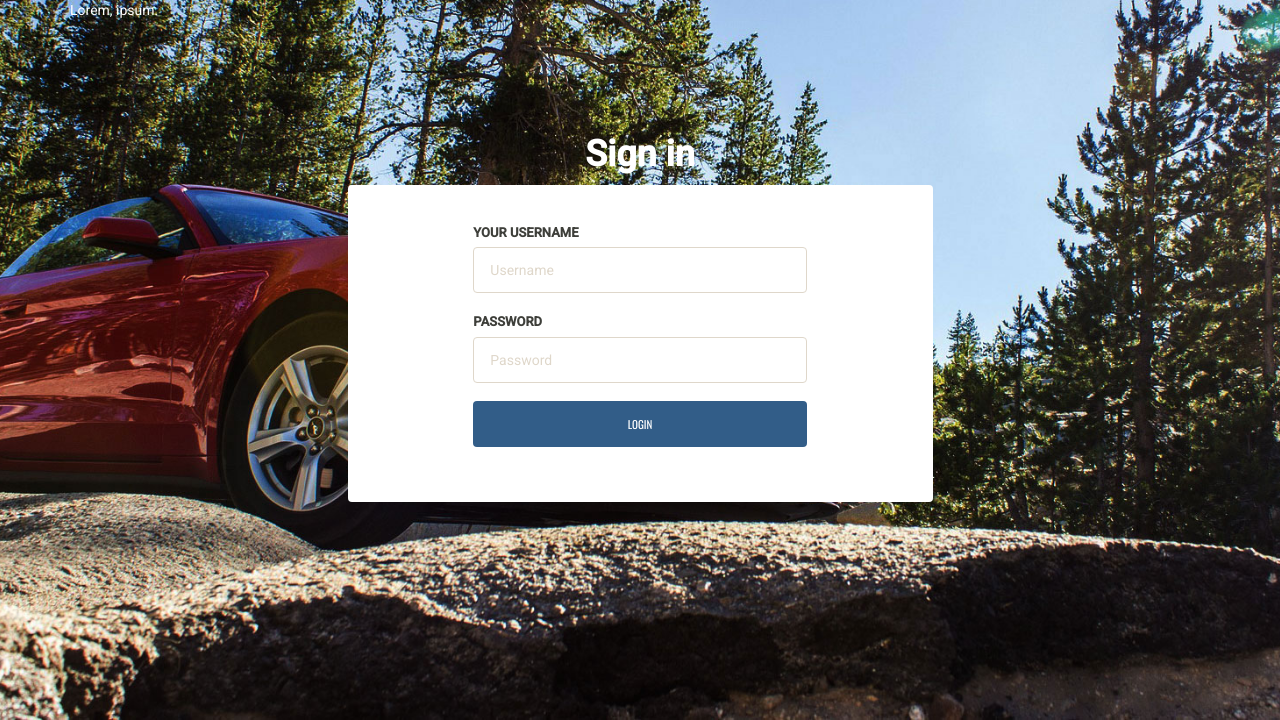
Repository: vincent254-hub/OCHMIS
Page: http://localhost/admin/
The author's editor kept a copy of each file at every save. The page is drawn from the files as they stood at one save, then again after the next save.
The browser window is 1280 px wide. The pictures show the whole page.
The page is run by PHP 8.4 with error messages shown; the project is at /var/www/html/.

Above is the page before, as saved 2024-04-24 18:26:11.

### admin/index.php
<?php
session_start();
include('includes/config.php');
if(isset($_POST['login']))
{
$email=$_POST['username'];
$password=md5($_POST['password']);
$sql ="SELECT UserName,Password FROM admin WHERE UserName=:email and Password=:password";
$query= $dbh -> prepare($sql);
$query-> bindParam(':email', $email, PDO::PARAM_STR);
$query-> bindParam(':password', $password, PDO::PARAM_STR);
$query-> execute();
$results=$query->fetchAll(PDO::FETCH_OBJ);
if($query->rowCount() > 0)
{
$_SESSION['alogin']=$_POST['username'];
echo "<script type='text/javascript'> document.location = 'dashboard.php'; </script>";
} else{

  echo "<script>alert('Invalid Credentials provided! Please try again');</script>";

}

}

?>
<!doctype html>
<html lang="en" class="no-js">

<head>
	<meta charset="UTF-8">
	<meta http-equiv="X-UA-Compatible" content="IE=edge">
	<meta name="viewport" content="width=device-width, initial-scale=1, minimum-scale=1, maximum-scale=1">
	<meta name="description" content="">
	<meta name="author" content="">

	<title>OCHMIS | Admin Login</title>
	<link rel="stylesheet" href="css/font-awesome.min.css">
	<link rel="stylesheet" href="css/bootstrap.min.css">
	<link rel="stylesheet" href="css/dataTables.bootstrap.min.css">
	<link rel="stylesheet" href="css/bootstrap-social.css">
	<link rel="stylesheet" href="css/bootstrap-select.css">
	<link rel="stylesheet" href="css/fileinput.min.css">
	<link rel="stylesheet" href="css/awesome-bootstrap-checkbox.css">
	<link rel="stylesheet" href="css/style.css">
</head>

<body>

	<div class="login-page bk-img" style="background-image: url(img/adminlogin.jpg);">
		<div class="form-content">
			<div class="container">
				<div class="row">
					<div class="col-md-6">
						<p class="text-light">Lorem, ipsum.</p>
					</div>
					<div class="col-md-6 col-md-offset-3">
						<h1 class="text-center text-bold text-light mt-4x">Sign in</h1>
						<div class="well row pt-2x pb-3x bk-light">
							<div class="col-md-8 col-md-offset-2">
								<form method="post">

									<label for="" class="text-uppercase text-sm">Your Username </label>
									<input type="text" placeholder="Username" name="username" class="form-control mb">

									<label for="" class="text-uppercase text-sm">Password</label>
									<input type="password" placeholder="Password" name="password" class="form-control mb">



									<button class="btn btn-primary btn-block" name="login" type="submit">LOGIN</button>

								</form>
							</div>
						</div>
					</div>
				</div>
			</div>
		</div>
	</div>

	<!-- Loading Scripts -->
	<script src="js/jquery.min.js"></script>
	<script src="js/bootstrap-select.min.js"></script>
	<script src="js/bootstrap.min.js"></script>
	<script src="js/jquery.dataTables.min.js"></script>
	<script src="js/dataTables.bootstrap.min.js"></script>
	<script src="js/Chart.min.js"></script>
	<script src="js/fileinput.js"></script>
	<script src="js/chartData.js"></script>
	<script src="js/main.js"></script>

</body>

</html>

### admin/css/awesome-bootstrap-checkbox.css
.checkbox {
  padding-left: 20px;
}
.checkbox label {
  display: inline-block;
  vertical-align: middle;
  position: relative;
  padding-left: 5px;
}
.checkbox label::before {
  content: "";
  display: inline-block;
  position: absolute;
  width: 17px;
  height: 17px;
  left: 0;
  margin-left: -20px;
  border: 1px solid #cccccc;
  border-radius: 3px;
  background-color: #fff;
  -webkit-transition: border 0.15s ease-in-out, color 0.15s ease-in-out;
  -o-transition: border 0.15s ease-in-out, color 0.15s ease-in-out;
  transition: border 0.15s ease-in-out, color 0.15s ease-in-out;
}
.checkbox label::after {
  display: inline-block;
  position: absolute;
  width: 16px;
  height: 16px;
  left: 0;
  top: 0;
  margin-left: -20px;
  padding-left: 3px;
  padding-top: 1px;
  font-size: 11px;
  color: #555555;
}
.checkbox input[type="checkbox"],
.checkbox input[type="radio"] {
  opacity: 0;
  z-index: 1;
}
.checkbox input[type="checkbox"]:focus + label::before,
.checkbox input[type="radio"]:focus + label::before {
  outline: thin dotted;
  outline: 5px auto -webkit-focus-ring-color;
  outline-offset: -2px;
}
.checkbox input[type="checkbox"]:checked + label::after,
.checkbox input[type="radio"]:checked + label::after {
  font-family: "FontAwesome";
  content: "\f00c";
}
.checkbox input[type="checkbox"]:disabled + label,
.checkbox input[type="radio"]:disabled + label {
  opacity: 0.65;
}
.checkbox input[type="checkbox"]:disabled + label::before,
.checkbox input[type="radio"]:disabled + label::before {
  background-color: #eeeeee;
  cursor: not-allowed;
}
.checkbox.checkbox-circle label::before {
  border-radius: 50%;
}
.checkbox.checkbox-inline {
  margin-top: 0;
}

.checkbox-primary input[type="checkbox"]:checked + label::before,
.checkbox-primary input[type="radio"]:checked + label::before {
  background-color: #337ab7;
  border-color: #337ab7;
}
.checkbox-primary input[type="checkbox"]:checked + label::after,
.checkbox-primary input[type="radio"]:checked + label::after {
  color: #fff;
}

.checkbox-danger input[type="checkbox"]:checked + label::before,
.checkbox-danger input[type="radio"]:checked + label::before {
  background-color: #d9534f;
  border-color: #d9534f;
}
.checkbox-danger input[type="checkbox"]:checked + label::after,
.checkbox-danger input[type="radio"]:checked + label::after {
  color: #fff;
}

.checkbox-info input[type="checkbox"]:checked + label::before,
.checkbox-info input[type="radio"]:checked + label::before {
  background-color: #5bc0de;
  border-color: #5bc0de;
}
.checkbox-info input[type="checkbox"]:checked + label::after,
.checkbox-info input[type="radio"]:checked + label::after {
  color: #fff;
}

.checkbox-warning input[type="checkbox"]:checked + label::before,
.checkbox-warning input[type="radio"]:checked + label::before {
  background-color: #f0ad4e;
  border-color: #f0ad4e;
}
.checkbox-warning input[type="checkbox"]:checked + label::after,
.checkbox-warning input[type="radio"]:checked + label::after {
  color: #fff;
}

.checkbox-success input[type="checkbox"]:checked + label::before,
.checkbox-success input[type="radio"]:checked + label::before {
  background-color: #5cb85c;
  border-color: #5cb85c;
}
.checkbox-success input[type="checkbox"]:checked + label::after,
.checkbox-success input[type="radio"]:checked + label::after {
  color: #fff;
}

.radio {
  padding-left: 20px;
}
.radio label {
  display: inline-block;
  vertical-align: middle;
  position: relative;
  padding-left: 5px;
}
.radio label::before {
  content: "";
  display: inline-block;
  position: absolute;
  width: 17px;
  height: 17px;
  left: 0;
  margin-left: -20px;
  border: 1px solid #cccccc;
  border-radius: 50%;
  background-color: #fff;
  -webkit-transition: border 0.15s ease-in-out;
  -o-transition: border 0.15s ease-in-out;
  transition: border 0.15s ease-in-out;
}
.radio label::after {
  display: inline-block;
  position: absolute;
  content: " ";
  width: 11px;
  height: 11px;
  left: 3px;
  top: 3px;
  margin-left: -20px;
  border-radius: 50%;
  background-color: #555555;
  -webkit-transform: scale(0, 0);
  -ms-transform: scale(0, 0);
  -o-transform: scale(0, 0);
  transform: scale(0, 0);
  -webkit-transition: -webkit-transform 0.1s cubic-bezier(0.8, -0.33, 0.2, 1.33);
  -moz-transition: -moz-transform 0.1s cubic-bezier(0.8, -0.33, 0.2, 1.33);
  -o-transition: -o-transform 0.1s cubic-bezier(0.8, -0.33, 0.2, 1.33);
  transition: transform 0.1s cubic-bezier(0.8, -0.33, 0.2, 1.33);
}
.radio input[type="radio"] {
  opacity: 0;
  z-index: 1;
}
.radio input[type="radio"]:focus + label::before {
  outline: thin dotted;
  outline: 5px auto -webkit-focus-ring-color;
  outline-offset: -2px;
}
.radio input[type="radio"]:checked + label::after {
  -webkit-transform: scale(1, 1);
  -ms-transform: scale(1, 1);
  -o-transform: scale(1, 1);
  transform: scale(1, 1);
}
.radio input[type="radio"]:disabled + label {
  opacity: 0.65;
}
.radio input[type="radio"]:disabled + label::before {
  cursor: not-allowed;
}
.radio.radio-inline {
  margin-top: 0;
}

.radio-primary input[type="radio"] + label::after {
  background-color: #337ab7;
}
.radio-primary input[type="radio"]:checked + label::before {
  border-color: #337ab7;
}
.radio-primary input[type="radio"]:checked + label::after {
  background-color: #337ab7;
}

.radio-danger input[type="radio"] + label::after {
  background-color: #d9534f;
}
.radio-danger input[type="radio"]:checked + label::before {
  border-color: #d9534f;
}
.radio-danger input[type="radio"]:checked + label::after {
  background-color: #d9534f;
}

.radio-info input[type="radio"] + label::after {
  background-color: #5bc0de;
}
.radio-info input[type="radio"]:checked + label::before {
  border-color: #5bc0de;
}
.radio-info input[type="radio"]:checked + label::after {
  background-color: #5bc0de;
}

.radio-warning input[type="radio"] + label::after {
  background-color: #f0ad4e;
}
.radio-warning input[type="radio"]:checked + label::before {
  border-color: #f0ad4e;
}
.radio-warning input[type="radio"]:checked + label::after {
  background-color: #f0ad4e;
}

.radio-success input[type="radio"] + label::after {
  background-color: #5cb85c;
}
.radio-success input[type="radio"]:checked + label::before {
  border-color: #5cb85c;
}
.radio-success input[type="radio"]:checked + label::after {
  background-color: #5cb85c;
}

input[type="checkbox"].styled:checked + label:after,
input[type="radio"].styled:checked + label:after {
  font-family: 'FontAwesome';
  content: "\f00c";
}
input[type="checkbox"] .styled:checked + label::before,
input[type="radio"] .styled:checked + label::before {
  color: #fff;
}
input[type="checkbox"] .styled:checked + label::after,
input[type="radio"] .styled:checked + label::after {
  color: #fff;
}

### admin/css/style.css
@import url(http://fonts.googleapis.com/css?family=Lato:300,400,700,900,100italic,300italic,400italic);
@import url(https://fonts.googleapis.com/css?family=Oswald:700,400,300);
/****************************
*   FOR RESPONSIVENESS      *
****************************/
::selection {
  background: #4f5362;
  /* WebKit/Blink Browsers */
  color: #fff;
}
::-moz-selection {
  background: #4f5362;
  /* Gecko Browsers */
  color: #fff;
}
html {
  font-size: 14px;
}
@media only screen and (min-width: 480px) {
  html {
    font-size: 17px;
  }
}
@media only screen and (min-width: 768px) {
  html {
    font-size: 14px;
  }
}
@media only screen and (min-width: 1024px) {
  p {
    font-size: 1em;
    margin-bottom: 1.8em;
  }
}
/****************************
*      BODY DEFAULTS        *
****************************/
body {
  font-size: 1em;
}
a {
  color: #37a6c4;
}
a:hover {
  text-decoration: none;
  color: #5db9d1;
}
/****************************
*      Buttons        *
****************************/
.btn {
  font-family: 'Oswald', sans-serif;
}
.btn i {
  position: relative;
  top: -2px;
}
.btn.text-left {
  text-align: left;
}
.btn-brand {
  background: #37a6c4;
  color: #fff;
}
.btn-brand:hover {
  color: #fff;
  background: #2c849c;
}
.btn-dark {
  background: #272727;
  color: #fff;
}
.btn-dark:hover {
  color: #fff;
  background: #2c849c;
}
.btn-red {
  background: #4f5362;
  color: #fff;
}
.btn-red:hover {
  color: #fff;
  background: #383b46;
}
.btn-alt {
  background: #f0f0f0;
  color: #222;
}
.btn-alt:hover {
  color: #fff;
  background: #2c849c;
}
/****************************
*      Background Colors        *
****************************/
.bk-primary {
  background: #325d88;
}
.bk-success {
  background: #93c54b;
}
.bk-warning {
  background: #f47c3c;
}
.bk-danger {
  background: #d9534f;
}
.bk-info {
  background: #29abe0;
}
.bk-white,
.bk-light {
  background: #fff;
}
.bk-brand {
  background: #37a6c4;
}
.bk-dark {
  background: #222;
}
.bk-blue {
  background: #0010ce;
}
.bk-alt {
  background: #f7f7f7;
}
.bk-ghost {
  background: transparent;
}
.bk-img {
  position: relative;
  width: 100%;
  background-position: center;
  background-repeat: no-repeat;
  background-size: cover;
  background-image: url(../../img/login-bg.jpg);
}
.bk-fixed {
  background-attachment: fixed;
}
.hr-green {
  height: 2px;
  background: #37a6c4;
}
.hr-grey {
  height: 2px;
  background: #f0f0f0;
}
.hr-dashed {
  background-color: transparent;
  border-top: 1px dotted #edf0f5;
  color: transparent;
  height: 1px;
  margin: 20px 0;
}
.panel {
  overflow: hidden;
}
/****************************
*      Border        *
****************************/
.brdr {
  border: 1px solid #f0f0f0;
}
/****************************
*      Text size color        *
****************************/
.font-one {
  font-family: 'Oswald', sans-serif;
}
.text-bold {
  font-weight: bold;
}
.text-normal {
  font-weight: normal;
}
.text-thin {
  font-weight: 100;
}
.text-lowercase {
  text-transform: none;
}
.text-sm {
  font-size: 13px;
}
.text-lg {
  font-size: 18px;
}
.text-xl {
  font-size: 1.6em;
}
.text-2x {
  font-size: 2em;
}
.text-3x {
  font-size: 2.4em;
}
.text-4x {
  font-size: 3em;
}
.text-white,
.text-light {
  color: #fff !important;
}
.link-white a {
  color: #fff;
}
.text-grey {
  color: #ccc;
}
.text-dgrey {
  color: #818181;
}
.text-brand {
  color: #37a6c4;
}
.text-yellow {
  color: #ffff00;
}
.title .line {
  display: inline-block;
  padding-bottom: 10px;
  border-bottom: 3px solid #222;
}
/****************************
*       Margins         *
****************************/
.mt {
  margin-top: 18px;
}
.mt-0x {
  margin-top: 0 !important;
}
.mt-2x {
  margin-top: 36px;
}
.mt-3x {
  margin-top: 54px;
}
.mt-4x {
  margin-top: 90px;
}
.mt-5x {
  margin-top: 144px;
}
.mb {
  margin-bottom: 18px;
}
.mb-0x {
  margin-bottom: 0 !important;
}
.mb-2x {
  margin-bottom: 36px;
}
.mb-3x {
  margin-bottom: 54px;
}
.mb-4x {
  margin-bottom: 90px;
}
.mb-5x {
  margin-bottom: 144px;
}
.pt {
  padding-top: 18px;
}
.pt-2x {
  padding-top: 36px;
}
.pt-3x {
  padding-top: 54px;
}
.pt-4x {
  padding-top: 90px;
}
.pt-5x {
  padding-top: 144px;
}
.pb {
  padding-bottom: 18px;
}
.pb-2x {
  padding-bottom: 36px;
}
.pb-3x {
  padding-bottom: 54px;
}
.pb-4x {
  padding-bottom: 90px;
}
.pb-5x {
  padding-bottom: 144px;
}
/* Content boxes */
.content-box {
  padding: 15px;
}
.block-anchor {
  display: block;
}
/****************************
*       Content Typography         *
****************************/
.content-format {
  line-height: 1.6em;
  font-weight: 400;
  letter-spacing: .01em;
  font-style: normal;
  word-wrap: break-word;
}
.content-format .h1,
.content-format .h2,
.content-format .h3,
.content-format .h4,
.content-format .h5,
.content-format .h6,
.content-format h1,
.content-format h2,
.content-format h3,
.content-format h4,
.content-format h5,
.content-format h6 {
  font-family: 'Oswald', sans-serif;
  font-weight: 700;
  font-weight: bold;
  font-style: normal;
  color: rgba(0, 0, 0, 0.8);
  margin-top: 40px;
}
.content-format .h1 a,
.content-format .h2 a,
.content-format .h3 a,
.content-format .h4 a,
.content-format .h5 a,
.content-format .h6 a,
.content-format h1 a,
.content-format h2 a,
.content-format h3 a,
.content-format h4 a,
.content-format h5 a,
.content-format h6 a {
  font-size: inherit;
}
.content-format .h2,
.content-format h2 {
  font-size: 3em;
  line-height: 1;
  margin-bottom: 10px;
  padding-bottom: 10px;
  border-bottom: 4px solid #f0f0f0;
}
.content-format .h3,
.content-format h3 {
  font-size: 2em;
  line-height: 1.2;
  margin-bottom: 4px;
  margin: 1em 0 0.5em;
}
.content-format .h4,
.content-format h4 {
  font-size: 1.7em;
  line-height: 1.4;
  margin-bottom: 6px;
}
.content-format .h5,
.content-format h5 {
  font-size: 1.5em;
  line-height: 1.4;
  margin-bottom: 8px;
}
.content-format .h6,
.content-format h6 {
  font-size: 1.3em;
  line-height: 1.4;
  margin-bottom: 10px;
}
.content-format strong {
  font-weight: bold;
}
.content-format ul:not(.social-awesome) {
  list-style: disc outside;
  margin: 1.714285714rem 0 1.714285714rem;
  line-height: 1.714285714;
}
.content-format ul:not(.social-awesome) li {
  margin: 0 0 0 36px;
  margin: 0 1rem 0 2.571428571rem;
}
.content-format ul:not(.social-awesome).list-unstyled {
  list-style: none;
}
.content-format ul:not(.social-awesome).list-unstyled li {
  margin: 0 0 0 24px;
}
.content-format em {
  font-style: italic;
}
.content-format p {
  margin-bottom: 1.8em;
}
.content-format figure {
  margin-bottom: 42px;
}
.content-format figure .caption {
  color: #999;
  font-size: 14px;
}
.content-format img {
  border: 0;
  height: auto;
  max-width: 100%;
  vertical-align: middle;
}
.content-format .fa {
  color: #37a6c4;
  margin-right: 10px;
}
.content-format blockquote {
  border-left: 4px solid #c3c3c3;
  border-left: 4px solid rgba(51, 51, 51, 0.17);
  color: #707070;
  color: rgba(51, 51, 51, 0.7);
  font-size: 1.2em;
  font-style: italic;
  line-height: 1.6667;
  margin-bottom: 1em;
  padding-left: 0.7778em;
}
.content-format blockquote.double-quote {
  border-left: none;
  padding-left: 1em;
}
.content-format pre {
  background: #fff;
  border: 1px solid #ededed;
  color: #666;
  font-family: Consolas, Monaco, Lucida Console, monospace;
  font-size: .9em;
  line-height: 1.714285714;
  margin: 24px 0;
  margin: 1.714285714rem 0;
  overflow: auto;
}
.content-format ol {
  margin: 24px 0 24px;
  margin: 1.714285714rem 0 1.714285714rem;
  line-height: 1.714285714;
  list-style: decimal outside;
}
.content-format img.wp-smiley,
.content-format img.emoji {
  display: inline !important;
  border: none !important;
  box-shadow: none !important;
  height: 1em !important;
  width: 1em !important;
  margin: 0 .07em !important;
  vertical-align: -0.1em !important;
  background: none !important;
  padding: 0 !important;
}
/*
 * Theme Struck - Harmony - Free responsive Bootstrap admin template by Themestruck.com (http://themestruck.com)
 * Code licensed under the MIT
 * For details, see #
 */
ul,
li {
  margin: 0;
  padding: 0;
  list-style: none;
}
/* Social Button Modifications */
.btn {
  text-transform: none;
}
.btn-social > :first-child {
  width: 42px;
  line-height: 46px;
}
.btn-social {
  padding-left: 58px;
}
/* Circle buttons */
.btn-circle {
  width: 30px;
  height: 30px;
  padding: 6px 0;
  border-radius: 15px;
  text-align: center;
  font-size: 12px;
  line-height: 1.428571429;
}
.btn-circle.btn-lg {
  width: 50px;
  height: 50px;
  padding: 10px 16px;
  border-radius: 25px;
  font-size: 18px;
  line-height: 1.33;
}
.btn-circle.btn-xl {
  width: 70px;
  height: 70px;
  padding: 10px 16px;
  border-radius: 35px;
  font-size: 24px;
  line-height: 1.33;
}
/* Chart design */
/* Charts */
.chart-dot-list {
  display: block;
  margin-top: 60px;
  margin-left: 20px;
}
.chart-dot-list li {
  margin-bottom: 4px;
}
.chart-dot-list li:before {
  content: '';
  height: 12px;
  width: 12px;
  margin-right: 6px;
  display: inline-block;
  background: #222;
  border-radius: 50%;
}
.chart-dot-list li.a1:before {
  background: #F7464A;
}
.chart-dot-list li.a2:before {
  background: #46BFBD;
}
.chart-dot-list li.a3:before {
  background: #FDB45C;
}
.chart-doughnut {
  padding: 41px 0;
}
/* component */
.page-title {
  padding-bottom: 15px;
  margin-bottom: 20px;
  border-bottom: 1px solid #f0f0f0;
}
.brand {
  background: #3e454c;
  position: relative;
  z-index: 3;
  position: fixed;
  width: 100%;
  top: 0;
}
.brand .logo {
  box-sizing: border-box;
  padding: 20px;
  float: left;
  display: block;
  width: 200px;
}
@media only screen and (min-width: 992px) {
  .brand .logo {
    width: 250px;
  }
}
.brand .logo img {
  height: 20px;
}
.brand .menu-btn {
  float: right;
  background: #232d3b;
  text-align: center;
  cursor: pointer;
  color: #fff;
  padding: 20px 20px;
}
@media only screen and (min-width: 992px) {
  .brand .menu-btn {
    display: none;
  }
}
.brand .ts-profile-nav {
  float: right;
  display: none;
}
.brand .ts-profile-nav li {
  float: left;
  position: relative;
}
.brand .ts-profile-nav li a {
  display: block;
  padding: 20px;
  color: #fff;
}
.brand .ts-profile-nav li ul {
  visibility: hidden;
  opacity: 0;
  right: 0;
  position: absolute;
}
.brand .ts-profile-nav li ul li {
  float: none;
  width: 180px;
}
.brand .ts-profile-nav li ul li a {
  padding: 10px 20px;
  background: #222;
}
.brand .ts-profile-nav .ts-account .fa-angle-down {
  float: right;
}
.brand .ts-profile-nav .ts-account > a {
  width: 180px;
  background: #2c3136;
}
.brand .ts-profile-nav .ts-account .ts-avatar {
  border-radius: 50%;
  height: 28px;
  margin: -10px 0;
  margin-right: 10px;
}
.brand .ts-profile-nav .ts-account:hover ul {
  visibility: visible;
  opacity: 1;
}
@media only screen and (min-width: 992px) {
  .brand .ts-profile-nav {
    display: block;
  }
}
.ts-sidebar::-webkit-scrollbar-track {
  background-color: transparent;
}
.ts-sidebar::-webkit-scrollbar {
  width: 5px;
  background-color: transparent;
}
.ts-sidebar::-webkit-scrollbar-thumb {
  background-color: #b4b4b4;
}
.ts-sidebar {
  background: #2c3136;
  max-height: 0;
  transition: max-height 0.3s;
  overflow: hidden;
  position: fixed;
  z-index: 2;
  width: 100%;
  bottom: 0;
  top: 60px;
  overflow-y: auto;
}
.ts-sidebar .hidden-side {
  display: none;
}
.ts-sidebar .ts-sidebar-search {
  width: 100%;
  background: #25292a;
  border: none;
  padding: 10px 15px;
  color: #fff;
}
@media only screen and (min-width: 992px) {
  .ts-sidebar .ts-profile-nav {
    display: none;
  }
}
@media only screen and (min-width: 992px) {
  .ts-sidebar {
    max-height: 100%;
    bottom: 0;
  }
}
.ts-sidebar-menu .ts-label {
  color: #585c64;
  font-weight: bold;
  padding: 8px 15px;
  text-transform: uppercase;
  font-size: 10px;
  letter-spacing: 3px;
  margin-top: 10px;
}
.ts-sidebar-menu a {
  display: block;
  text-decoration: none;
  padding: 12px 15px;
  color: #fff;
}
.ts-sidebar-menu li {
  position: relative;
}
.ts-sidebar-menu li i {
  color: #585c64;
  margin-right: 10px;
}
.ts-sidebar-menu li ul {
  display: block;
  background: rgba(255, 0, 0, 0.12);
  background: rgba(0, 0, 0, 0.32);
  max-height: 0;
  overflow: hidden;
  transition: all 0.3s ease;
}
.menu-open,
.ts-sidebar-menu .open > ul {
  max-height: 2000px;
}
.ts-sidebar-menu .open > a {
  background: rgba(51, 56, 62, 0.35);
}
.ts-sidebar-menu > .open > a {
  background: #33383e;
  border-left: 3px solid #37a6c4;
}
.ts-sidebar-menu .open > .more i {
  transform: rotate(180deg);
}
.more i {
  color: #fff;
  padding: 15px;
  transition: transform 0.3s;
}
.more {
  float: right;
  min-width: 10%;
  cursor: pointer;
}
.ts-main-content .content-wrapper {
  padding-top: 15px;
  margin-top: 60px;
}
@media only screen and (min-width: 992px) {
  .ts-main-content .ts-sidebar {
    width: 250px;
    float: left;
  }
  .ts-main-content .content-wrapper {
    margin-left: 250px;
  }
}
/* Login page */
.login-page {
  position: absolute;
  height: 100%;
  width: 100%;
}

### admin/js/main.js
 $(document).ready(function () {

 	$(".ts-sidebar-menu li a").each(function () {
 		if ($(this).next().length > 0) {
 			$(this).addClass("parent");
 		};
 	})
 	var menux = $('.ts-sidebar-menu li a.parent');
 	$('<div class="more"><i class="fa fa-angle-down"></i></div>').insertBefore(menux);
 	$('.more').click(function () {
 		$(this).parent('li').toggleClass('open');
 	});
	$('.parent').click(function (e) {
		e.preventDefault();
 		$(this).parent('li').toggleClass('open');
 	});
 	$('.menu-btn').click(function () {
 		$('nav.ts-sidebar').toggleClass('menu-open');
 	});


	 $('#zctb').DataTable();


	 $("#input-43").fileinput({
		showPreview: false,
		allowedFileExtensions: ["zip", "rar", "gz", "tgz"],
		elErrorContainer: "#errorBlock43"
			// you can configure `msgErrorClass` and `msgInvalidFileExtension` as well
	});

 });

Loaded but not shown: admin/includes/config.php (common file); admin/css/font-awesome.min.css (library); admin/css/bootstrap.min.css (library); admin/css/dataTables.bootstrap.min.css (library); admin/css/bootstrap-social.css (library); admin/css/bootstrap-select.css (library); admin/css/fileinput.min.css (library); admin/js/jquery.min.js (library); admin/js/bootstrap-select.min.js (library); admin/js/bootstrap.min.js (library); admin/js/jquery.dataTables.min.js (library); admin/js/dataTables.bootstrap.min.js (common file); admin/js/Chart.min.js (library); admin/js/chartData.js (common file); admin/js/fileinput.js (2304 lines, source omitted)

After the next save:
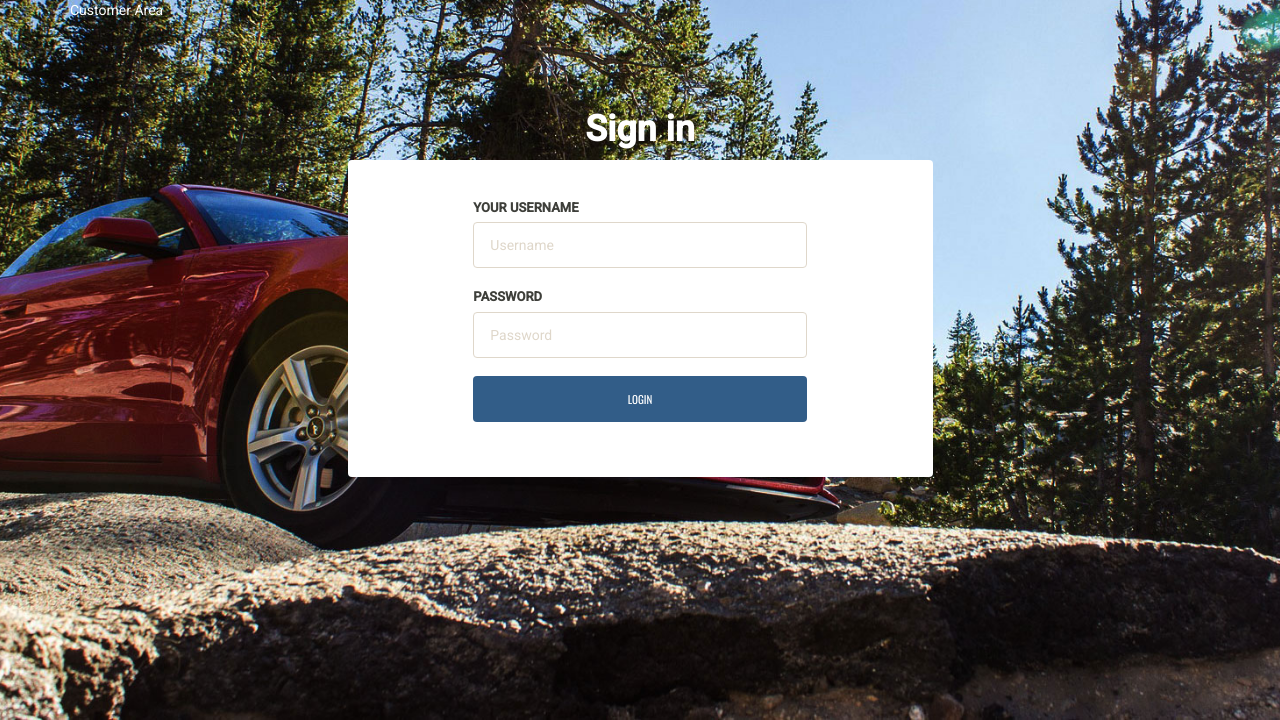
Saved 88 s later.
--- a/admin/index.php
+++ b/admin/index.php
@@ -52,7 +52,7 @@ echo "<script type='text/javascript'> document.location = 'dashboard.php'; </scr
 			<div class="container">
 				<div class="row">
 					<div class="col-md-6">
-						<p class="text-light">Lorem, ipsum.</p>
+						<a href="../index.php" class="text-light">Customer Area</a>
 					</div>
 					<div class="col-md-6 col-md-offset-3">
 						<h1 class="text-center text-bold text-light mt-4x">Sign in</h1>
